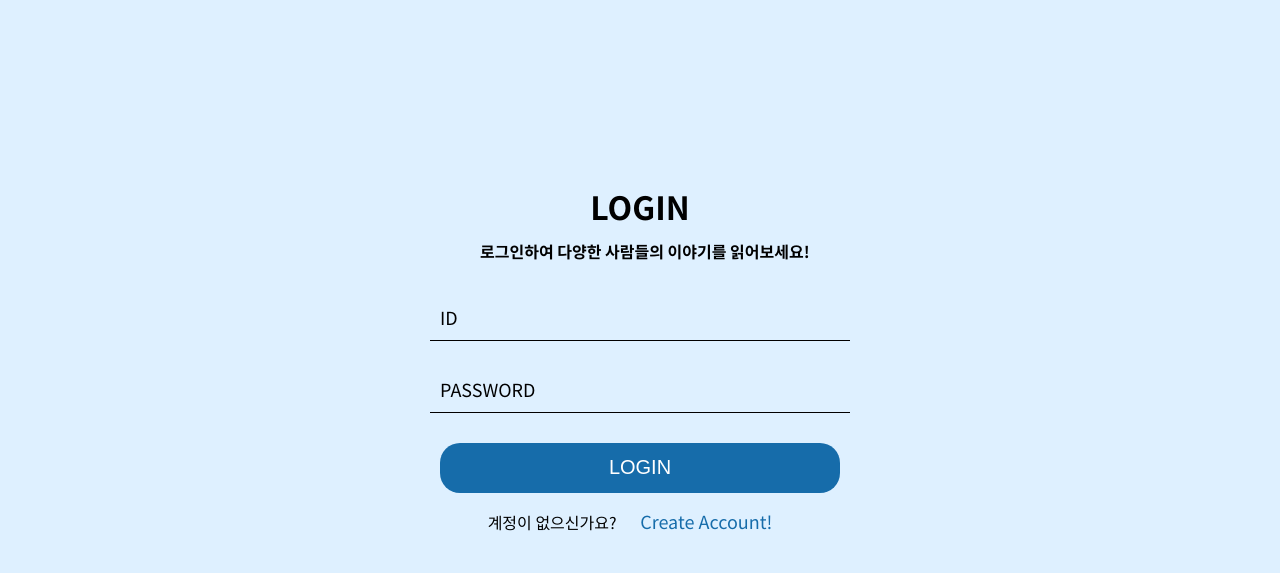
Repository: CISXO/JSP
Page: http://localhost/DB_Project/Login.jsp
An editor plug-in stored every save of this project. The page is shown before and after the next save, followed by the edit.
The browser window is 1280 px wide. The pictures show the whole page.
The page is served by Tomcat 9.

Above is the page before, as saved 2022-12-18 04:29:17.

### DbProject/DB_Project/src/main/webapp/Login.jsp
<%@ page language="java" contentType="text/html; charset=UTF-8" pageEncoding="UTF-8"%>
<!DOCTYPE html>
<html lang="en">
<head>
    <meta charset="UTF-8">
    <meta http-equiv="X-UA-Compatible" content="IE=edge">
    <meta name="viewport" content="width=device-width, initial-scale=1.0">

    <link rel="stylesheet" href="CSS/login.css">

    <title>Login</title>

</head>
<body>

<body>
    <div class="loginSection">
        <h1 class="loginTitle">LOGIN</h1>
        <h4 class="loginGuide">
            로그인하여 다양한 사람들의 이야기를 읽어보세요!
        </h4>
        <form class="loginForm" action="login_result.jsp" method = "get">
            <div class="idBox">
                <input id="id" type="text" name="id" autocomplete="off" required>
                <label for="id">ID</label>
            </div>
            <div class="pwBox">
                <input id="pw" type="password" name="pw" autocomplete="off" required>
                <label for="pw">PASSWORD</label>
            </div>
            <div class="loginButtonBox">
                <button id="loginButton" type="submit">LOGIN</button>
            </div>
        </form>
        <div class="subBox">
            <p>계정이 없으신가요?
                <a href="signup.jsp">Create Account!</a>
            </p>
        </div>
    </div>
</body>
</html>

### DbProject/DB_Project/src/main/webapp/CSS/login.css
@import url('https://fonts.googleapis.com/css2?family=Noto+Sans+KR&display=swap');

body {
    background-color: #def0ff;
    font-family: 'Noto Sans KR', sans-serif;
    display: flex;
    justify-content: center;
    align-items: center;
    height: 95vh;
}

.loginTitle {
    font-size: 32px;
    text-align: center;
    margin-bottom: 10px;
}

.loginGuide {
    margin-top: 0;
    padding: 0 0 5px 50px;
}

.idBox {
    width: 400px;
    position: relative;
    margin-top: 0;
}

.pwBox {
    width: 400px;
    position: relative;
    margin-top: 20px;
}

input {
    width: 100%;
    padding: 20px 10px 10px;
    background-color: transparent;
    border: none;
    border-bottom: 1px solid black;
    font-size: 18px;
    outline: none;
}

input:focus+label,
input:valid+label {
    top: -2px;
    font-size: 12px;
    color: #166caa;
}

label {
    position: absolute;
    left: 10px;
    top: 15px;
    font-size: 18px;
    transition: top 0.3s ease;
}

label.check {
    color: red !important;
    animation: 0.3s ease;
    animation-iteration-count: 3;
}

.loginButtonBox {
    margin-top: 30px;
}

#loginButton {
    width: 400px;
    height: 50px;
    margin: 0px 10px;
    color: #fff;
    background: #166caa;
    border: none;
    border-radius: 20px;
    font-size: 20px;
    cursor: pointer;
}

.subBox {
    margin-top: 15px;
    text-align: center;
}

.subBox p {
    margin: 10px 0 5px 0;
}

.subBox a {
    text-decoration: none;
    color: #166caa;
    font-size: 18px;
    margin: 0 20px;
    cursor: pointer;
}

After the next save:
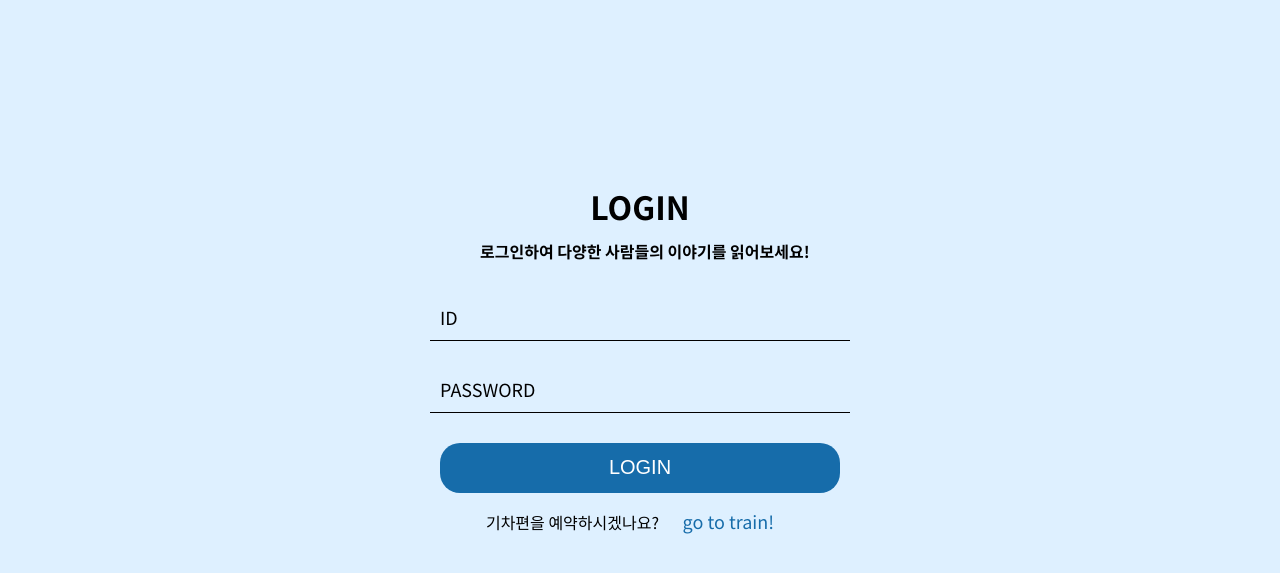
Saved 2 min 1 s later.
--- a/DbProject/DB_Project/src/main/webapp/Login.jsp
+++ b/DbProject/DB_Project/src/main/webapp/Login.jsp
@@ -11,8 +11,6 @@
     <title>Login</title>
 
 </head>
-<body>
-
 <body>
     <div class="loginSection">
         <h1 class="loginTitle">LOGIN</h1>
@@ -33,8 +31,8 @@
             </div>
         </form>
         <div class="subBox">
-            <p>계정이 없으신가요?
-                <a href="signup.jsp">Create Account!</a>
+            <p>기차편을 예약하시겠나요?
+                <a href="main.jsp">go to train!</a>
             </p>
         </div>
     </div>
